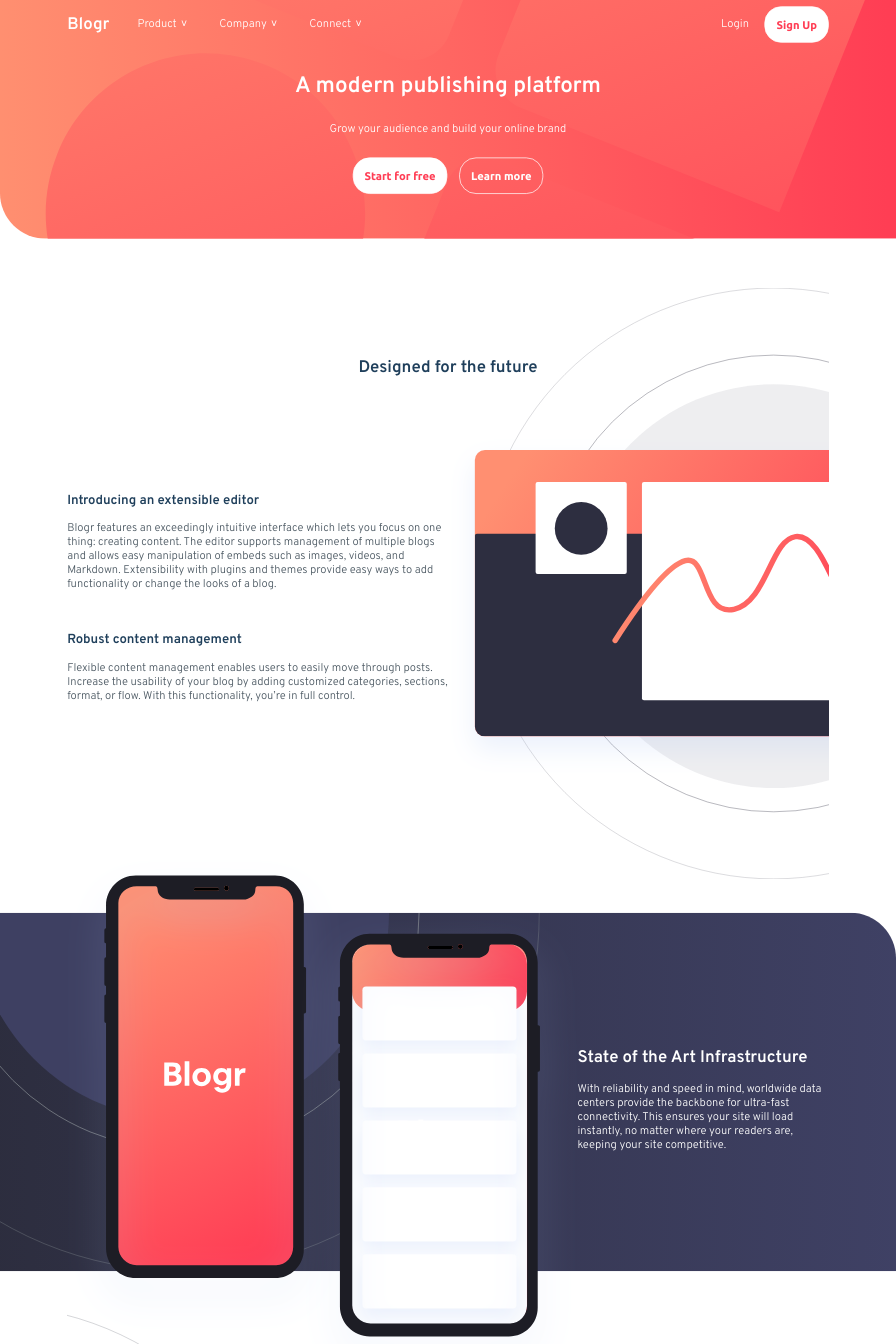
Repository: Ejiro-Oke/Blogr
Page: blogr.html
The author's editor kept a copy of each file at every save. The page is drawn from the files as they stood at one save, then again after the next save.
The browser window is 1280 px wide. The pictures show the part of the page from y = 0 to 1920 px (the page is 3102 px tall before and 3952 px after), at 70% of full size.

Above is the page before, as saved 2021-04-19 14:36:29.

After the next save:
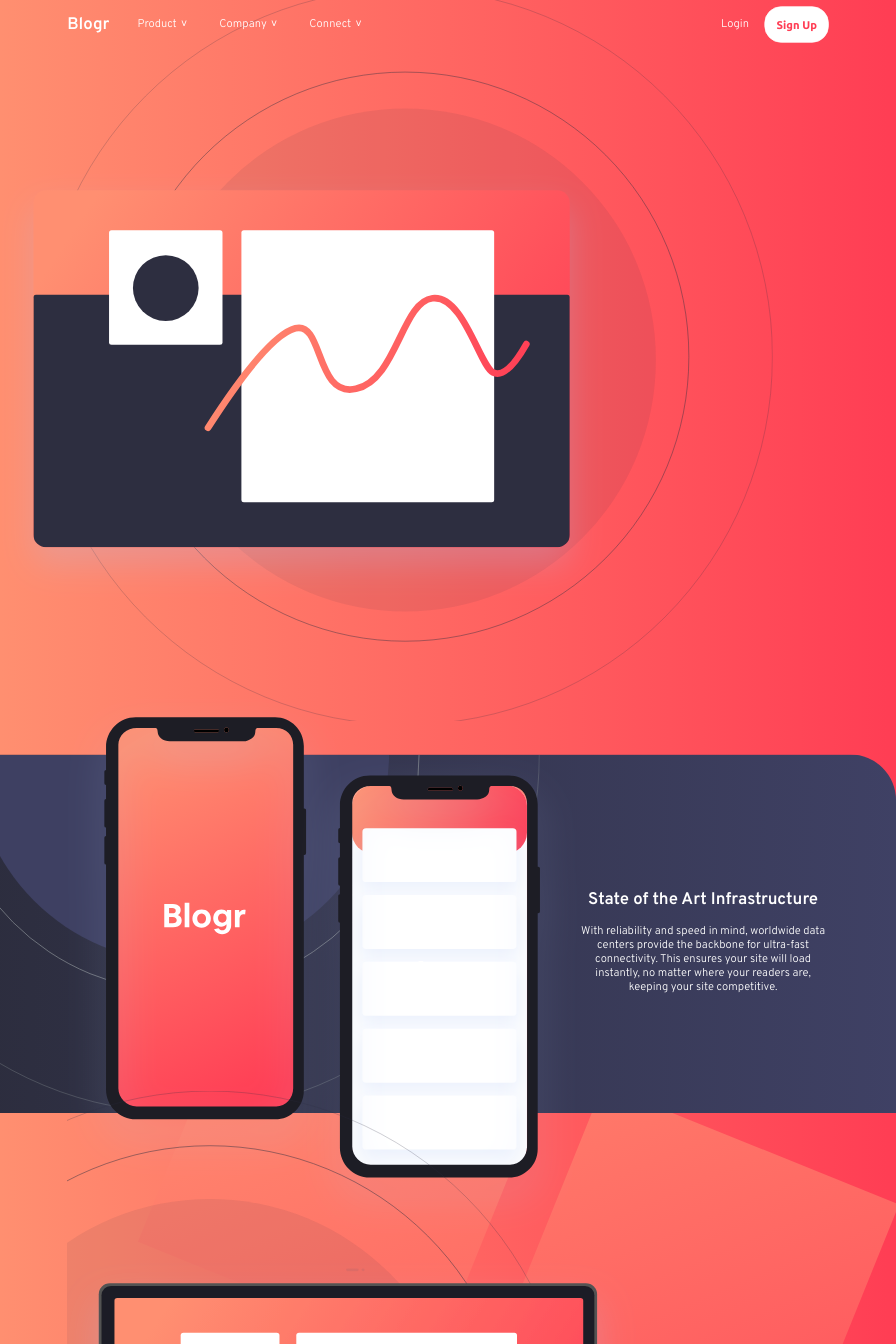
Saved 6 s later.
--- a/blogr.html
+++ b/blogr.html
@@ -186,7 +186,7 @@
           </div> <!---close sign up
 
 
-    </div> close container flex/ nav-bar-->
+    </div> close container flex/ nav-bar
 
         <div class="container hero">
             <h1>A modern publishing platform</h1>

After the 2 saves that followed:
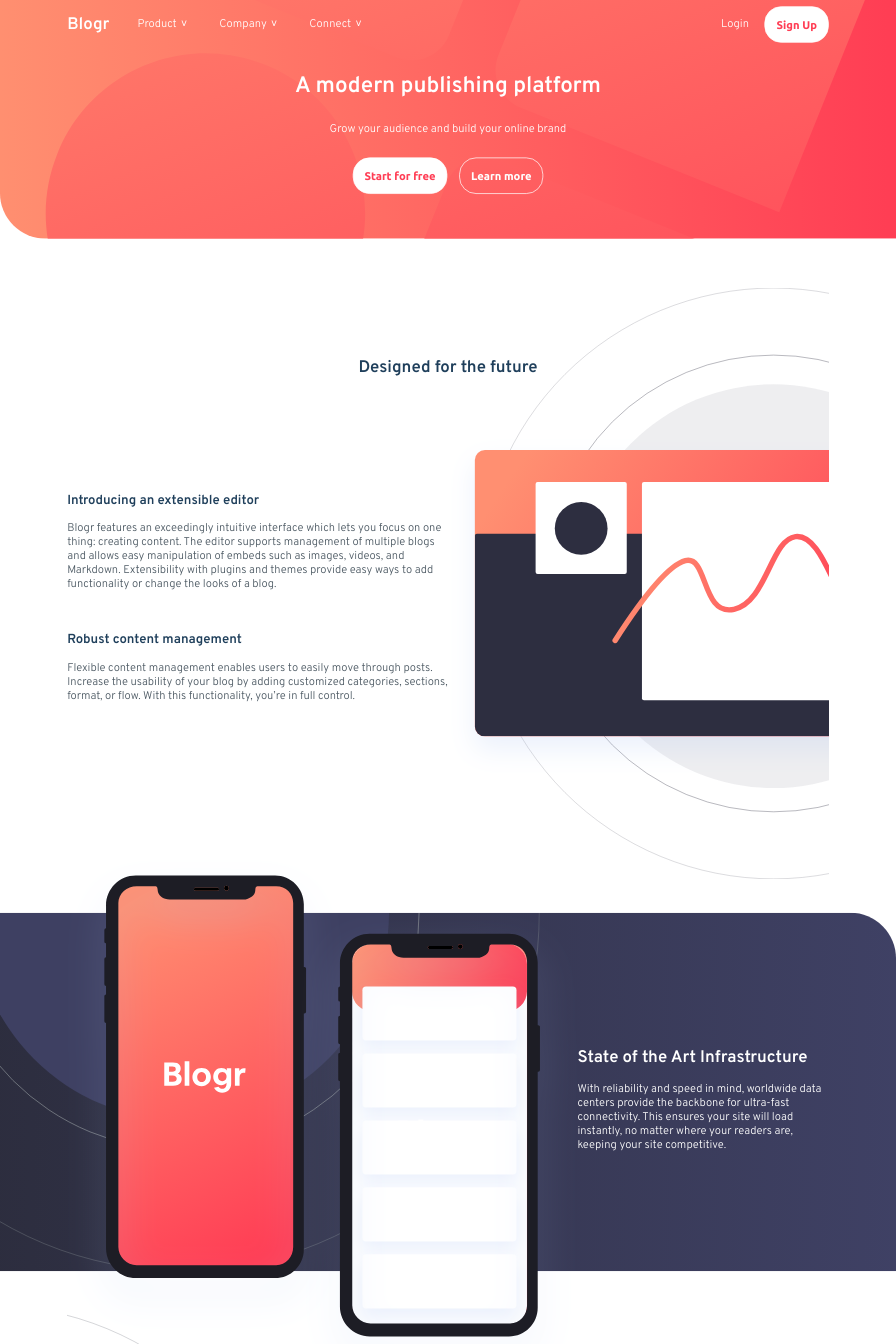
The 2 saves are shown as one change because they came seconds apart.
The last was saved 19 s later.
--- a/blogr.html
+++ b/blogr.html
@@ -183,10 +183,10 @@
 
           </form>
 
-          </div> <!---close sign up
-
-
-    </div> close container flex/ nav-bar
+          </div> <!---->
+
+
+    </div> <!---close container flex/ nav-bar-->
 
         <div class="container hero">
             <h1>A modern publishing platform</h1>
